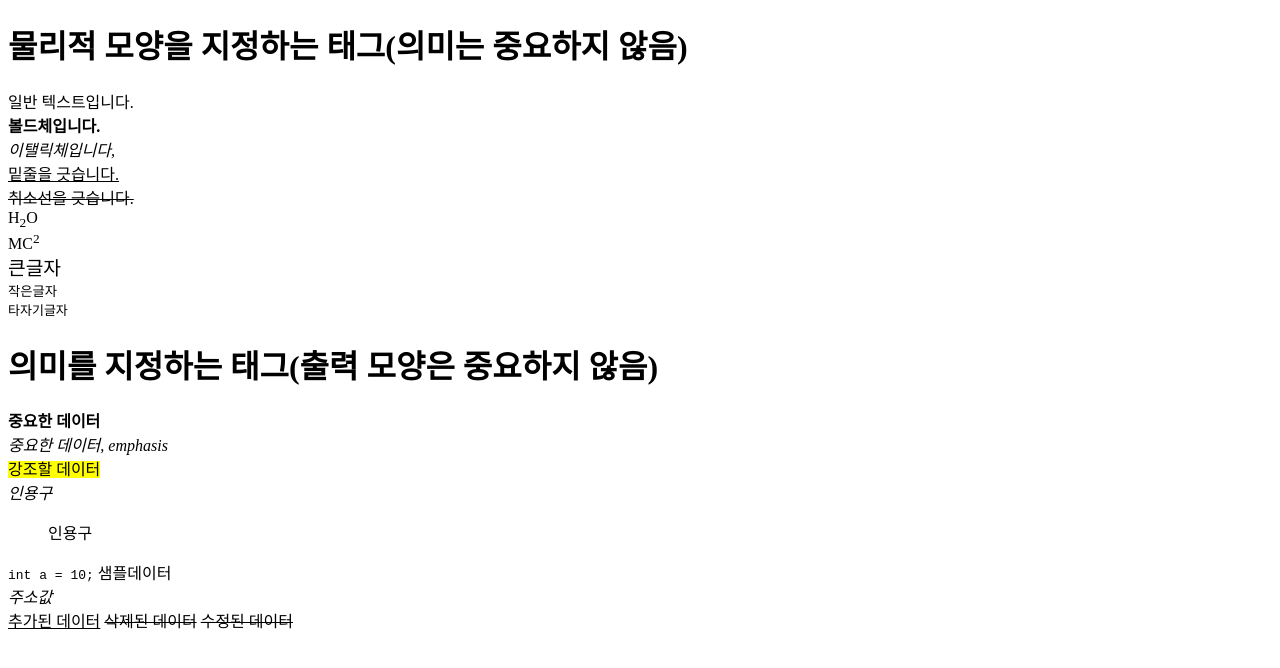
Repository: ssj5037/Class-Study
Page: [5] HTML, CSS, JavaScript/ClientTest/WebContent/Ex09_style.html
These files come from the project's save history. The page is drawn as it stood at one moment and after the next save; the edit follows.
The browser window is 1280 px wide. The pictures show the whole page.

Above is the page before, as saved 2020-06-19 01:14:39.

After the next save:
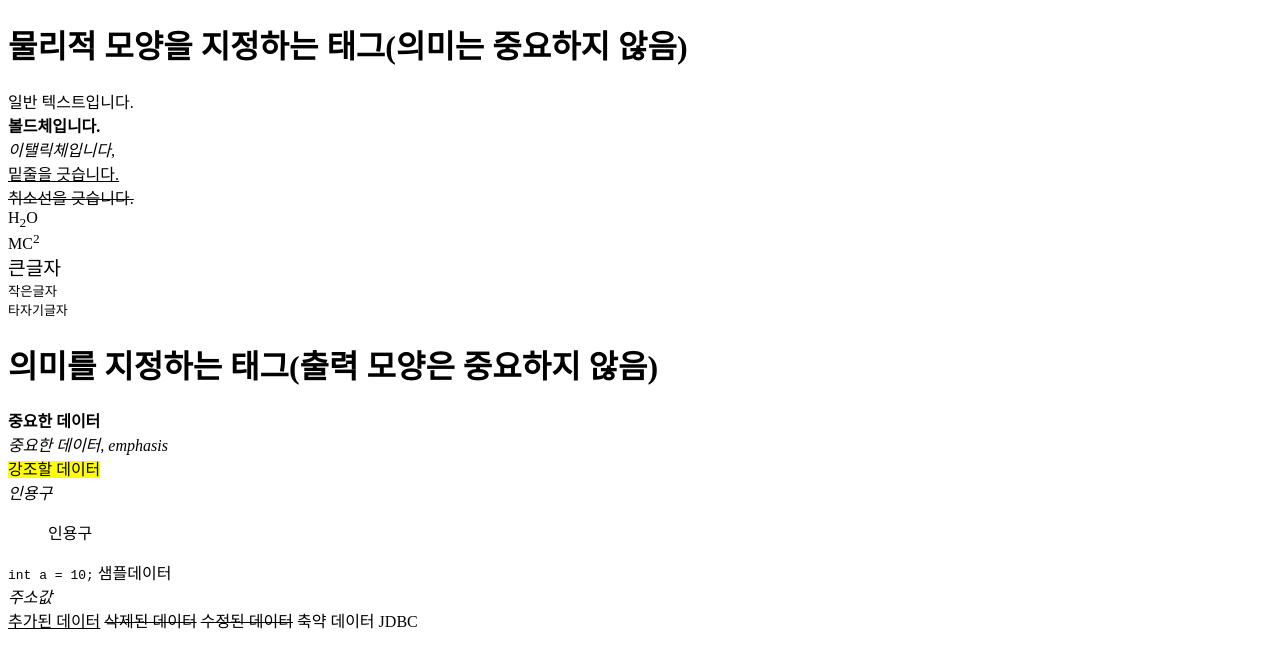
Saved 60 s later.
--- a/[5] HTML, CSS, JavaScript/ClientTest/WebContent/Ex09_style.html
+++ b/[5] HTML, CSS, JavaScript/ClientTest/WebContent/Ex09_style.html
@@ -35,6 +35,8 @@
 	<ins>추가된 데이터</ins>
 	<del>삭제된 데이터</del>
 	<s>수정된 데이터</s>
+	<abbr>축약 데이터</abbr>
+	<abbr>JDBC</abbr>
 
 </body>
 </html>
